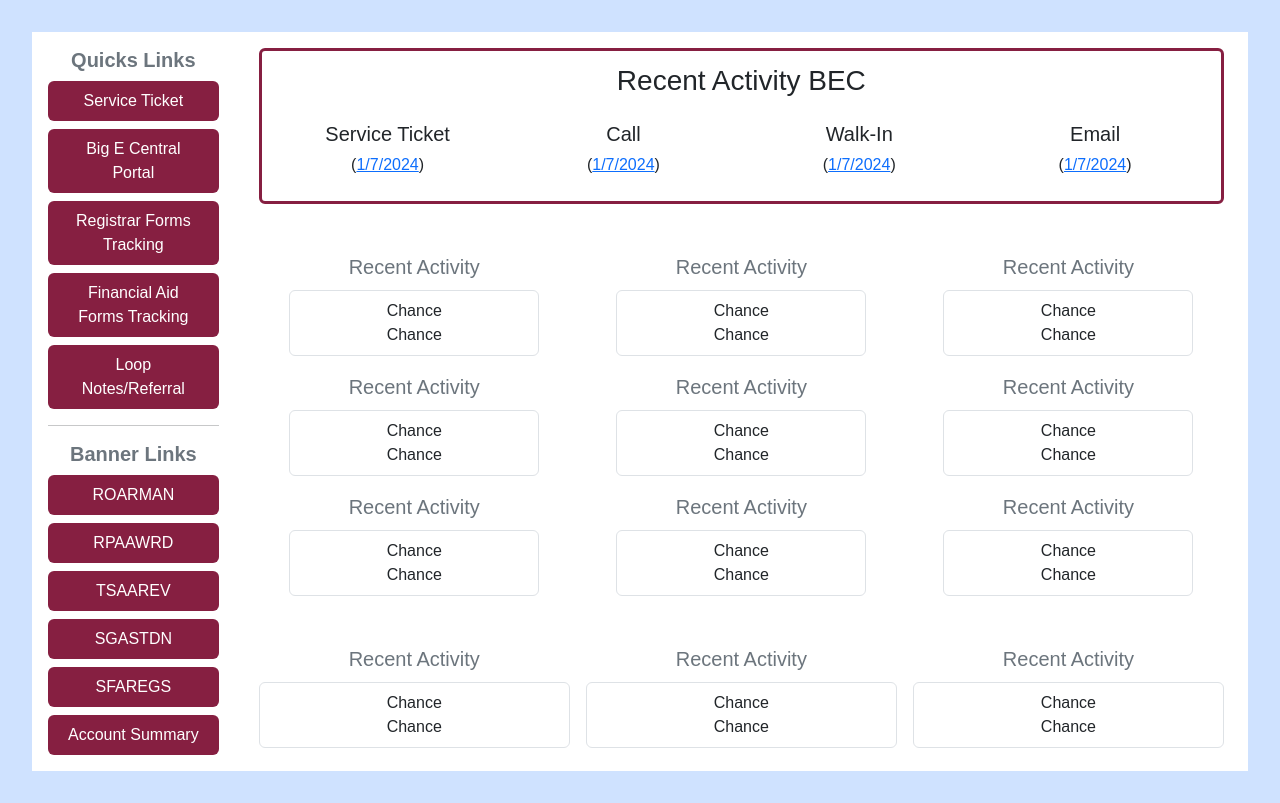
Repository: chancellor-w-whitaker/bec-tab
Page: /
An editor plug-in stored every save of this project. The page is shown before and after the next save, followed by the edit.
The browser window is 1280 px wide. The pictures show the whole page.
Some web fonts or font styles are not loaded; a fallback is used. The project was rebuilt for these pictures with package versions that can differ from the ones it lists, and the page was loaded fresh each time. Also part of the build but not shown: vite.config.js.

Above is the page before, as saved 2024-01-07 18:49:18.

After the next save:
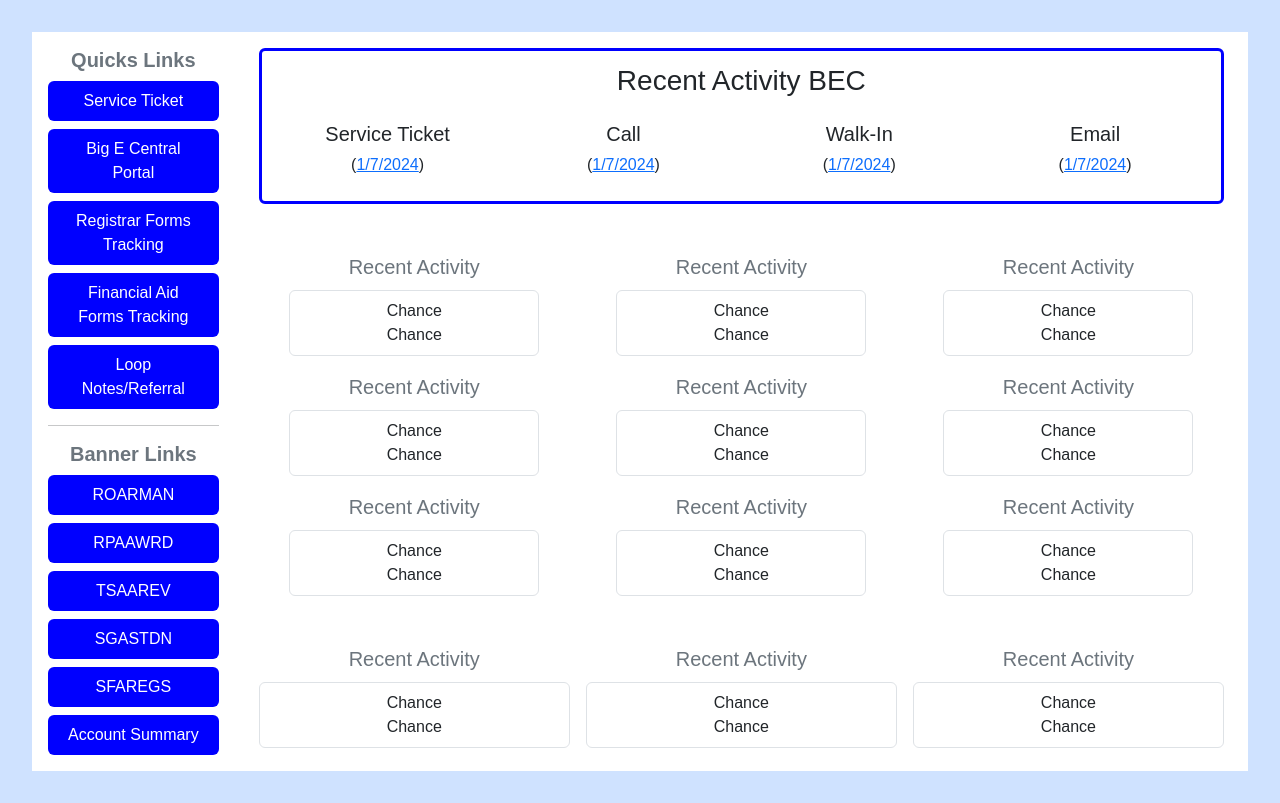
Saved 15 s later.
--- a/src/App.jsx
+++ b/src/App.jsx
@@ -9,7 +9,7 @@
   `Various versions have evolved over the years, sometimes by accident, sometimes on purpose (injected humour and the like).`,
 ];
 
-const ekuMaroon = "#861f41";
+const ekuMaroon = "blue";
 
 const SomeBlock = ({
   paragraph = genericSentences.slice(0, 1).map((sen) => sen),

After the save that followed:
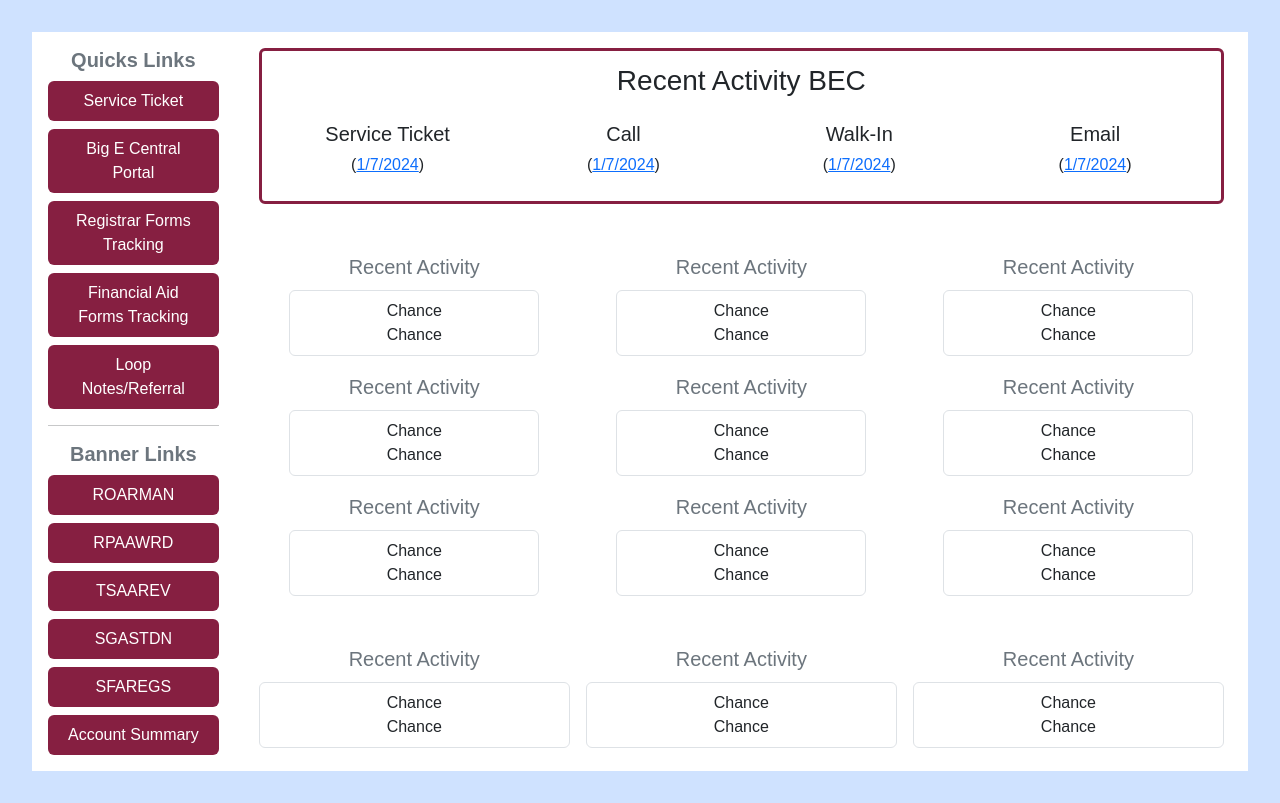
Saved 5 s later.
--- a/src/App.jsx
+++ b/src/App.jsx
@@ -9,7 +9,7 @@
   `Various versions have evolved over the years, sometimes by accident, sometimes on purpose (injected humour and the like).`,
 ];
 
-const ekuMaroon = "blue";
+const ekuMaroon = "#861f41";
 
 const SomeBlock = ({
   paragraph = genericSentences.slice(0, 1).map((sen) => sen),
